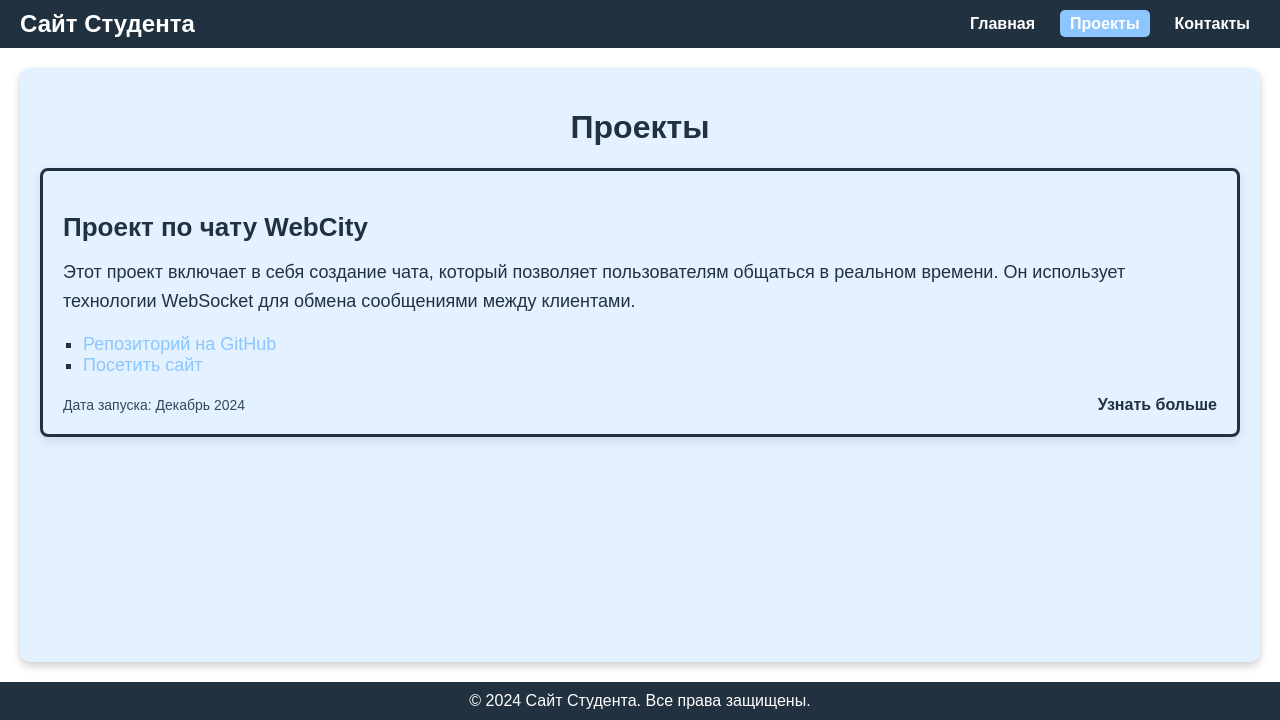
Repository: SFLDisarray/mark-cv
Page: pages/projects.html
These files come from the project's save history. The page is drawn as it stood at one moment and after the next save; the edit follows.
The browser window is 1280 px wide. The pictures show the whole page.

Above is the page before, as saved 2024-12-16 22:21:52.

### pages/projects.html
<!DOCTYPE html>
<html lang="en">
  <head>
    <meta charset="UTF-8" />
    <meta name="viewport" content="width=device-width, initial-scale=1.0" />
    <link rel="stylesheet" href="../css/style.css" />
    <link rel="stylesheet" href="../css/project-page.css" />
    <script defer src="../js/projects.js"></script>
    <title>Студенческий сайт-визитка</title>
  </head>
  <body>
    <div class="wrapper">
      <header>
        <div class="logo">Сайт Студента</div>
        <nav>
          <ul>
            <li><a href="../index.html">Главная</a></li>
            <li><a href="projects.html" class="selected">Проекты</a></li>
            <li><a href="contacts.html">Контакты</a></li>
          </ul>
        </nav>
      </header>

      <div id="main" class="container">
        <h1>Проекты</h1>
        <div id="projects-list">
        </div>
      </div>

      <footer>
        <ul>
          <li>
            <a href="../index.html"
              >&copy; 2024 Сайт Студента. Все права защищены.</a
            >
          </li>
        </ul>
      </footer>
    </div>
  </body>
</html>

### css/style.css
:root {
  --first-color: #e4f1fe;
  --second-color: #8dc6ff;
  --third-color: #22313f;
  --fourth-color: #34495e;
}

body,
html {
  margin: 0;
  padding: 0;
  font-family: Arial, sans-serif;
  color: var(--first-color);
  height: 100%;
}

.wrapper {
  display: flex;
  flex-direction: column;
  height: 100%;
}

header {
  background: var(--third-color);
  color: white;
  padding: 10px 20px;
  display: flex;
  justify-content: space-between;
  align-items: center;
  flex-wrap: wrap;
}

header .logo {
  font-size: 24px;
  font-weight: bold;
}

nav ul {
  display: flex;
  gap: 15px;
  list-style: none;
  padding: 0;
  margin: 0;
}

nav ul li {
  list-style: none;
}

nav a {
  text-decoration: none;
  color: white;
  font-weight: bold;
  padding: 5px 10px;
  border-radius: 5px;
  transition: background 0.3s;
}

nav a:hover {
  background: var(--second-color);
}

nav a.selected {
  background: var(--second-color);
}

.container {
  padding: 20px;
  background: var(--fourth-color);
  color: white;
  flex-grow: 1;
}

#main {
  background: var(--first-color);
  color: var(--third-color);
  box-shadow: 0 4px 8px rgba(0, 0, 0, 0.2);
  border-radius: 10px;
  padding: 20px;
  margin: 20px;
}

#main h1 {
  text-align: center;
}

footer {
  background: var(--third-color);
  color: white;
  text-align: center;
  padding: 10px;
}

footer ul {
  list-style: none;
  padding: 0;
  margin: 0;
}

footer ul li {
  list-style: none;
}

footer a {
  text-decoration: none;
  color: white;
}

@media (max-width: 768px) {
  header {
    padding: 10px 15px;
    display: flex;
    flex-direction: column;
    align-items: center;
    justify-content: flex-start;
    gap: 10px;
  }

  .logo {
    font-size: 20px;
    text-align: center;
    margin-bottom: 15px;
  }

  nav ul {
    display: flex;
    align-items: center;
    padding: 0;
    margin: 0 0 20px;
    width: 100%;
  }

  nav a {
    margin: 5px 0;
    width: 100%;
    text-align: center;
    padding: 10px 0;
  }

  .container {
    padding: 10px;
  }

  #main {
    background: var(--first-color);
    color: var(--third-color);
    box-shadow: 0 4px 8px rgba(0, 0, 0, 0.2);
    border-radius: 10px;
    padding: 20px;
    margin: 20px 10px;
  }

  footer {
    padding: 15px;
  }

  footer ul {
    display: flex;
    justify-content: center;
    gap: 15px;
  }

  footer a {
    text-decoration: none;
    color: white;
  }
}

### css/project-page.css
.project {
  background-color: var(--first-color);
  border: 3px solid var(--third-color);
  margin: 20px 0;
  padding: 20px;
  border-radius: 8px;
  box-shadow: 0 4px 12px rgba(0, 0, 0, 0.1);
  transition: transform 0.3s, box-shadow 0.3s;
}

.project:hover {
  transform: translateY(-10px);
  box-shadow: 0 8px 20px rgba(0, 0, 0, 0.2);
}

.project h2 {
  font-size: 26px;
  margin-bottom: 15px;
  color: var(--third-color);
  font-weight: 600;
}

.project p {
  font-size: 18px;
  margin: 10px 0;
  line-height: 1.6;
}

.project ul {
  font-size: 18px;
  list-style-type: square;
  margin-left: 20px;
  padding: 0;
}

.project a {
  color: var(--second-color);
  text-decoration: none;
  font-weight: 500;
}

.project a:hover {
  text-decoration: underline;
}

.project .project-footer {
  margin-top: 20px;
  display: flex;
  justify-content: space-between;
  align-items: center;
}

.project .project-footer .project-date {
  font-size: 14px;
  color: var(--fourth-color);
}

.project .project-footer .view-more {
  font-size: 16px;
  color: var(--third-color);
  text-decoration: none;
  font-weight: bold;
}

.project .project-footer .view-more:hover {
  color: var(--second-color);
}

.project ul li {
  color: var(--third-color);
}

a {
  transition: color 0.3s ease;
}

a:hover {
  color: var(--second-color);
}

@media (max-width: 1200px) {
  .project {
    padding: 15px;
  }

  .project h2 {
    font-size: 22px;
  }

  .project p {
    font-size: 16px;
  }

  .project ul {
    font-size: 16px;
  }

  .project .project-footer .project-date {
    font-size: 12px;
  }

  .project .project-footer .view-more {
    font-size: 14px;
  }
}

@media (max-width: 768px) {
  .project {
    padding: 10px;
    margin: 15px 0;
  }

  .project h2 {
    font-size: 20px;
  }

  .project p {
    font-size: 15px;
  }

  .project ul {
    font-size: 15px;
  }

  .project .project-footer .project-date {
    font-size: 12px;
  }

  .project .project-footer .view-more {
    font-size: 14px;
  }
}

@media (max-width: 480px) {
  .project {
    padding: 10px;
    margin: 10px 0;
  }

  .project h2 {
    font-size: 18px;
  }

  .project p {
    font-size: 14px;
  }

  .project ul {
    font-size: 14px;
  }

  .project .project-footer .project-date {
    font-size: 10px;
  }

  .project .project-footer .view-more {
    font-size: 12px;
  }
}

### js/projects.js
const projects = [
  {
    title: 'Проект по чату WebCity',
    description:
      'Этот проект включает в себя создание чата, который позволяет пользователям общаться в реальном времени. Он использует технологии WebSocket для обмена сообщениями между клиентами.',
    repoUrl: 'https://github.com/SFLDisarray/WebCity',
    siteUrl: 'https://webcity.com',
    launchDate: 'Декабрь 2024',
    moreInfoUrl: 'https://github.com/SFLDisarray/WebCity',
  },
];

const projectsListContainer = document.getElementById('projects-list');

function renderProjects(projects) {
  projectsListContainer.innerHTML = '';

  projects.forEach((project) => {
    const projectElement = document.createElement('div');
    projectElement.className = 'project';

    projectElement.innerHTML = `
      <h2>${project.title}</h2>
      <p>${project.description}</p>
      <ul>
        <li>
          <a href="${project.repoUrl}" target="_blank">Репозиторий на GitHub</a>
        </li>
        <li>
          <a href="${project.siteUrl}" target="_blank">Посетить сайт</a>
        </li>
      </ul>
      <div class="project-footer">
        <span class="project-date">Дата запуска: ${project.launchDate}</span>
        <a href="${project.moreInfoUrl}" class="view-more" target="_blank">Узнать больше</a>
      </div>
    `;

    projectsListContainer.appendChild(projectElement);
  });
}

renderProjects(projects);

After the next save:
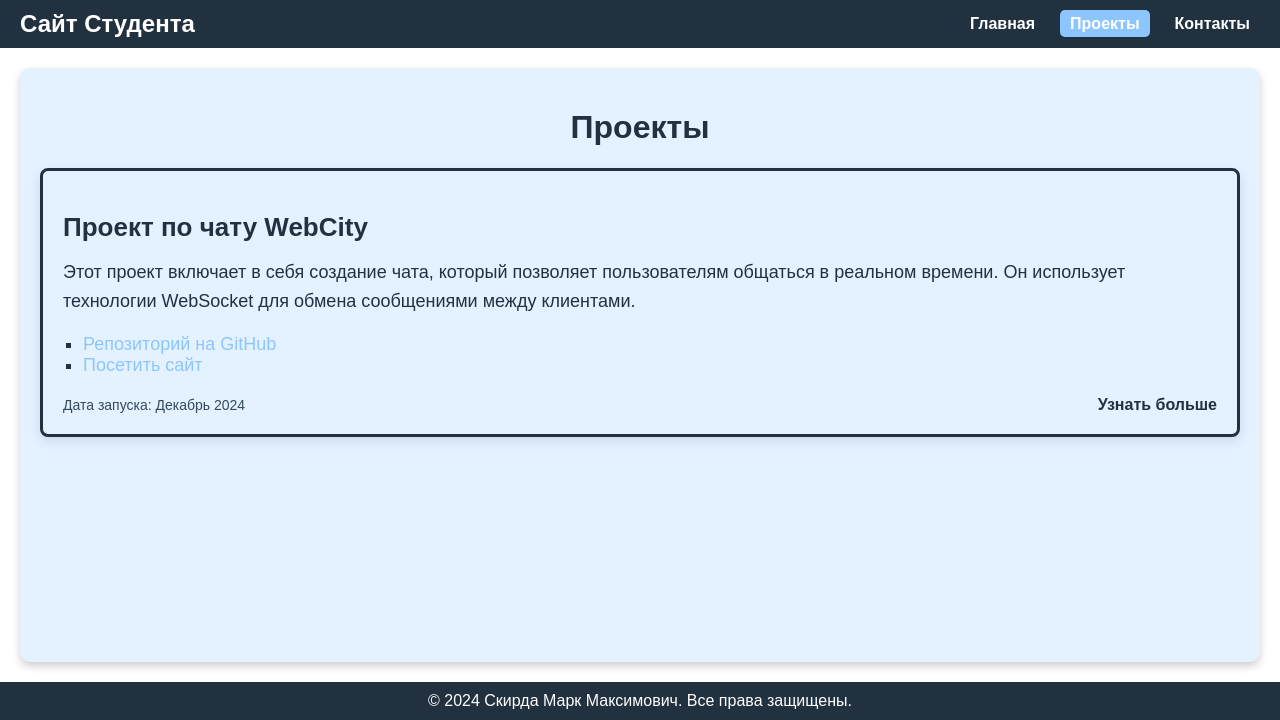
Saved 32 min 20 s later.
--- a/pages/projects.html
+++ b/pages/projects.html
@@ -23,15 +23,14 @@
 
       <div id="main" class="container">
         <h1>Проекты</h1>
-        <div id="projects-list">
-        </div>
+        <div id="projects-list"></div>
       </div>
 
       <footer>
         <ul>
           <li>
             <a href="../index.html"
-              >&copy; 2024 Сайт Студента. Все права защищены.</a
+              >&copy; 2024 Скирда Марк Максимович. Все права защищены.</a
             >
           </li>
         </ul>
